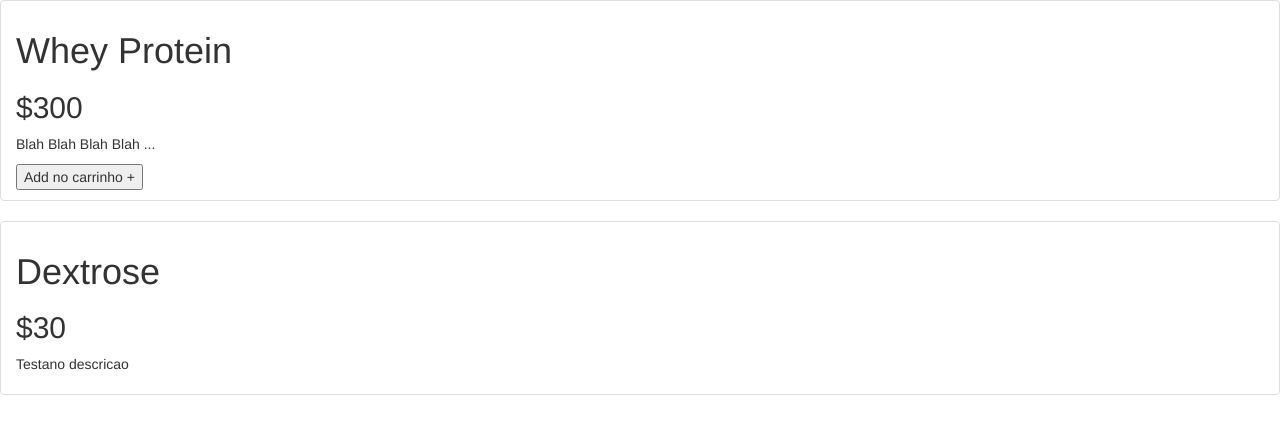
Repository: marcosrosada/AngularJSCode
Page: http://localhost/module/first/index.php
The author's editor kept a record of every edit. The page is drawn from the files as they stood at one moment, then again after the next edit.
The browser window is 1280 px wide. The pictures show the whole page.
The page is run by PHP 8.4 with error messages shown; the project is at /var/www/html/.

Above is the page before.

After the next edit:
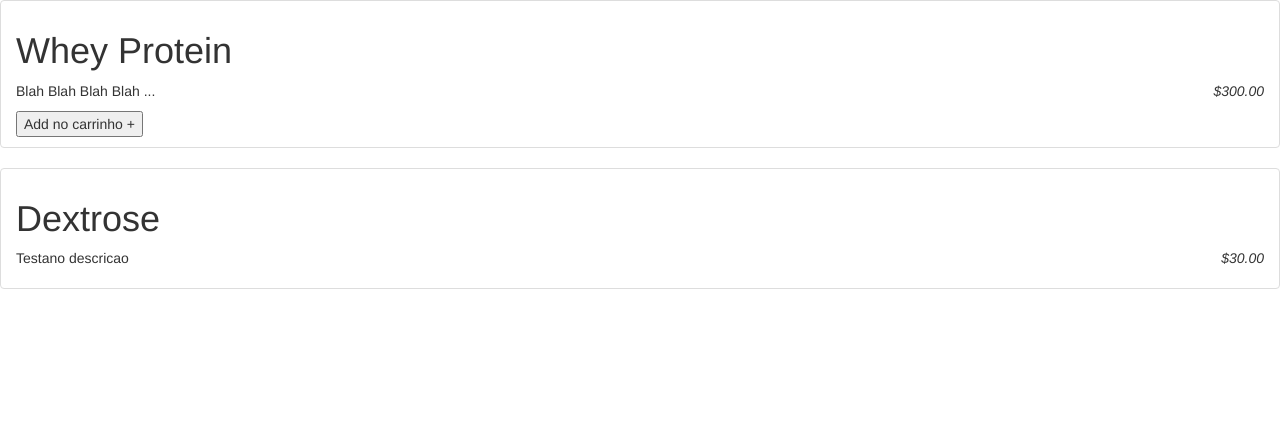
The edit:
--- a/module/first/index.php
+++ b/module/first/index.php
@@ -10,7 +10,7 @@
 
             <div class="list-group-item" ng-hide="item.vendido">
                 <h1>{{item.name}}</h1>
-                <h2>${{item.preco}}</h2>
+                <em class="pull-right" >{{item.preco | currency }}</em>
                 <p>{{item.descricao}}</p>
                 <button ng-show="item.btnEnabled"> Add no carrinho +</button>
             </div>
